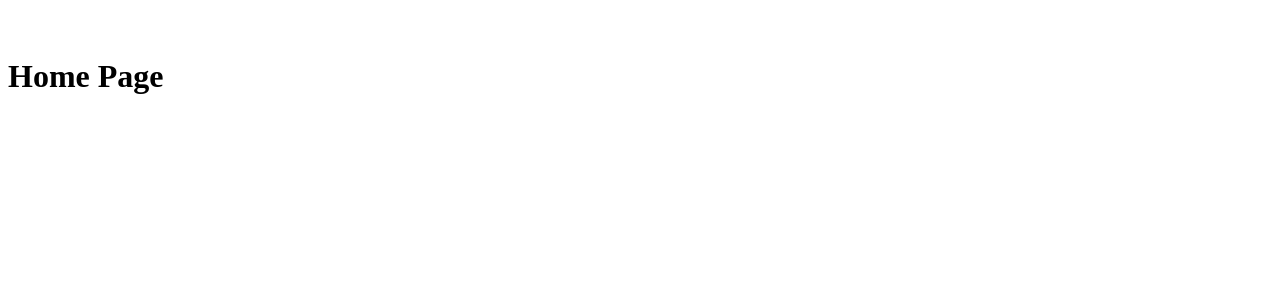
Repository: raparisonbryan/Vamt
Page: /
An editor plug-in stored every save of this project. The page is shown before and after the next save, followed by the edit.
The browser window is 1280 px wide. The pictures show the whole page.
The project was rebuilt for these pictures with package versions that can differ from the ones it lists, and the page was loaded fresh each time.

Above is the page before, as saved 2023-03-07 14:51:46.

After the next save:
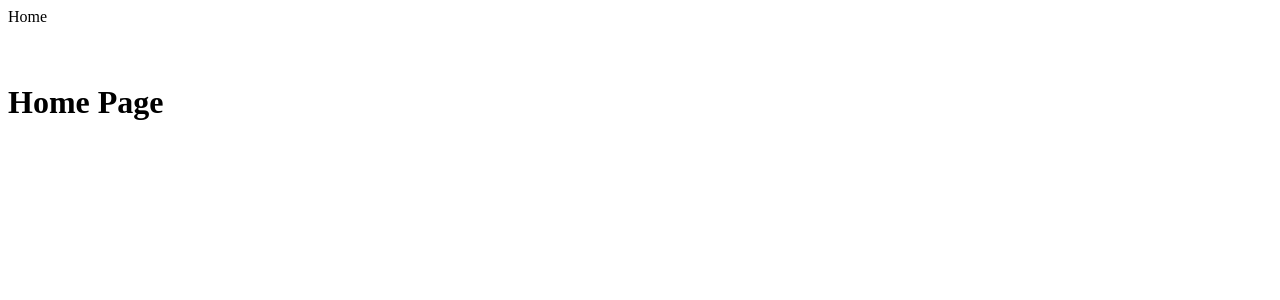
Saved 5 min 34 s later.
--- a/src/components/UI/modules/NavBar/NavBar.jsx
+++ b/src/components/UI/modules/NavBar/NavBar.jsx
@@ -1,19 +1,11 @@
+import NavBarTab from "../../elements/NavBar/NavBarTab";
 import styles from "./NavBar.module.scss";
 
 
 export default function NavBar() {
     return (
         <>
-
-            <div className={styles.container}>
-
-                <div className={styles.rightNav}>
-
-
-
-                </div>
-
-            </div>
+            <NavBarTab label="Home" link="/" />
 
         </>
     )
